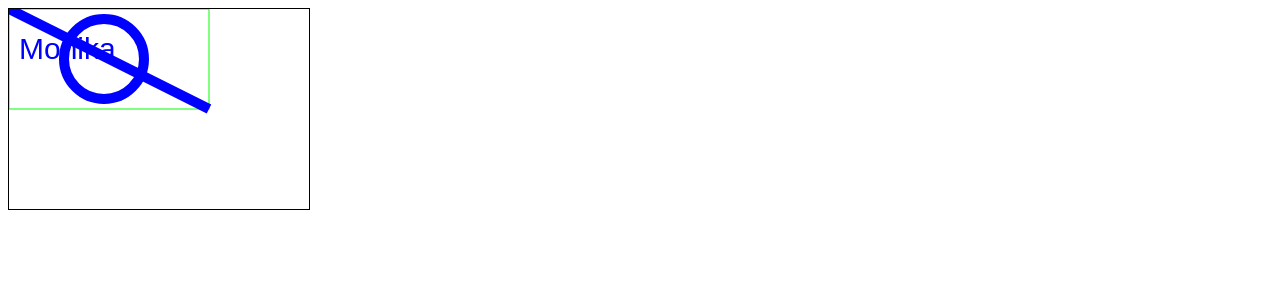
Repository: BhardwajMonika/core-java
Page: HTML2/WebContent/Canvas1.html
The author's editor kept a copy of each file at every save. The page is drawn from the files as they stood at one save, then again after the next save.
The browser window is 1280 px wide. The pictures show the whole page.

Above is the page before, as saved 2019-02-27 09:34:44.

After the next save:
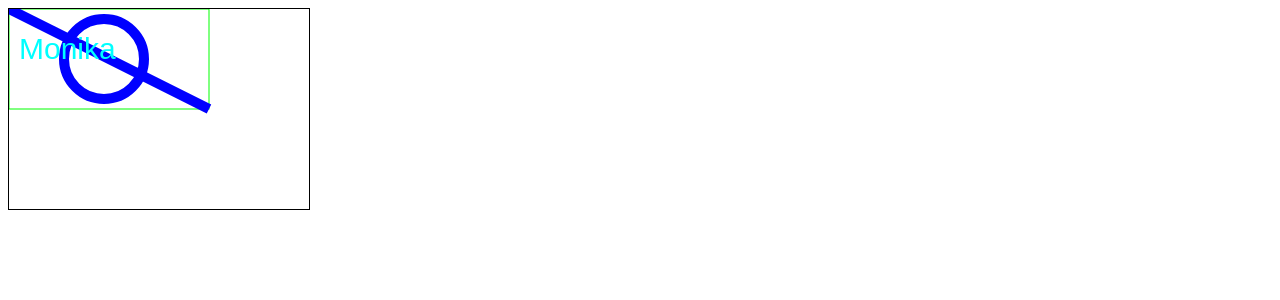
Saved 31 s later.
--- a/HTML2/WebContent/Canvas1.html
+++ b/HTML2/WebContent/Canvas1.html
@@ -33,7 +33,7 @@
 	ctx.stroke();
 
 	ctx.font="30px Arial";
-	ctx.fillStyle='blue';
+	ctx.fillStyle='cyan';
 	ctx.fillText("Monika",10,50);
 </script>
 
